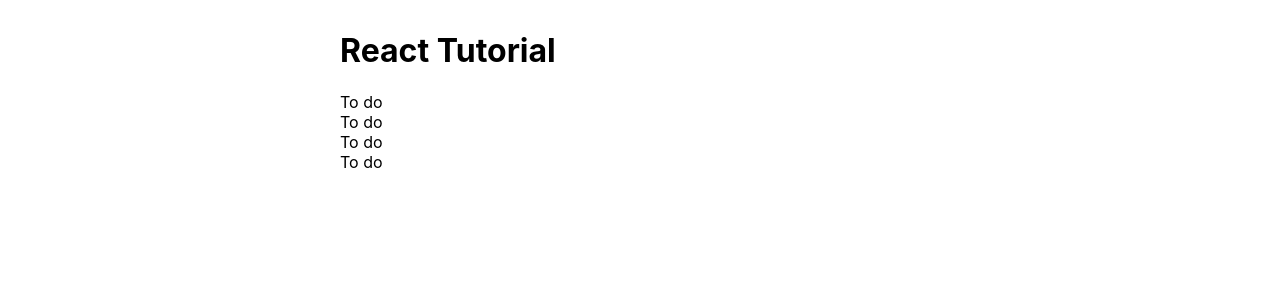
Repository: GregorPiev/rorganizer
Page: /
The author's editor kept a copy of each file at every save. The page is drawn from the files as they stood at one save, then again after the next save.
The browser window is 1280 px wide. The pictures show the whole page.
The project was rebuilt for these pictures with package versions that can differ from the ones it lists, and the page was loaded fresh each time.

Above is the page before, as saved 2020-08-17 12:43:55.

### src/index.css
body {
	margin: 0;
	font-family: -apple-system, BlinkMacSystemFont, 'Segoe UI', 'Roboto', 'Oxygen',
		'Ubuntu', 'Cantarell', 'Fira Sans', 'Droid Sans', 'Helvetica Neue',
		sans-serif;
	-webkit-font-smoothing: antialiased;
	-moz-osx-font-smoothing: grayscale;
}

code {
	font-family: source-code-pro, Menlo, Monaco, Consolas, 'Courier New',
		monospace;
}
.wrapper {
	padding-top: 5px;
	margin: 5px auto;
	width: 600px;
}

### src/App.js
import React from 'react';
import TodoList from './Todo/TodoList/TodoList';

function App() {
  const todos = [
    { id: 1, completed: false, title: 'Buy bread' },
    { id: 2, completed: false, title: 'Buy car' },
    { id: 3, completed: false, title: 'Buy home' },
    { id: 4, completed: false, title: 'Buy woman' },
  ];
  return (
    <div className='wrapper'>
      <h1>React Tutorial</h1>
      <TodoList todos={todos} />
    </div>
  );
}

export default App;

### src/Todo/TodoList/TodoList.js
import React from 'react';
import './TodoList.css';
import TodoItem from '../TodoItem/TodoItem';

export default function TodoList(props) {
    return (
        <ul className="ul_base">
            {
                props.todos.map(todo => {
                    return <TodoItem todo={todo} />
                })
            }
        </ul>
    )

}

### src/Todo/TodoList/TodoList.css
.ul_base {
    list-style: none;
    margin: 0;
    padding: 0;
}

### src/Todo/TodoItem/TodoItem.js
import React from 'react';

export default function TodoItem() {

    return (
        <li>To do</li>
    )
}

Loaded but not shown: public/index.html (common file); src/index.js (common file); src/serviceWorker.js (common file)

After the next save:
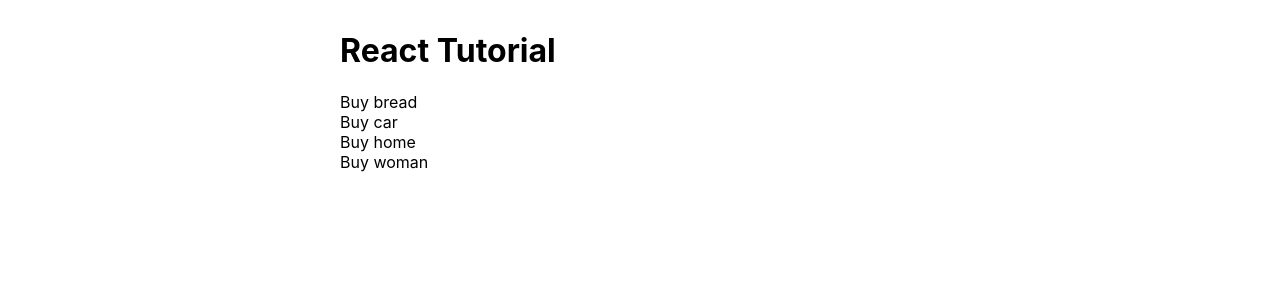
Saved 62 s later.
--- a/src/Todo/TodoItem/TodoItem.js
+++ b/src/Todo/TodoItem/TodoItem.js
@@ -1,8 +1,8 @@
 import React from 'react';
 
-export default function TodoItem() {
+export default function TodoItem({ todo }) {
 
     return (
-        <li>To do</li>
+        <li>{todo.title}</li>
     )
 }
